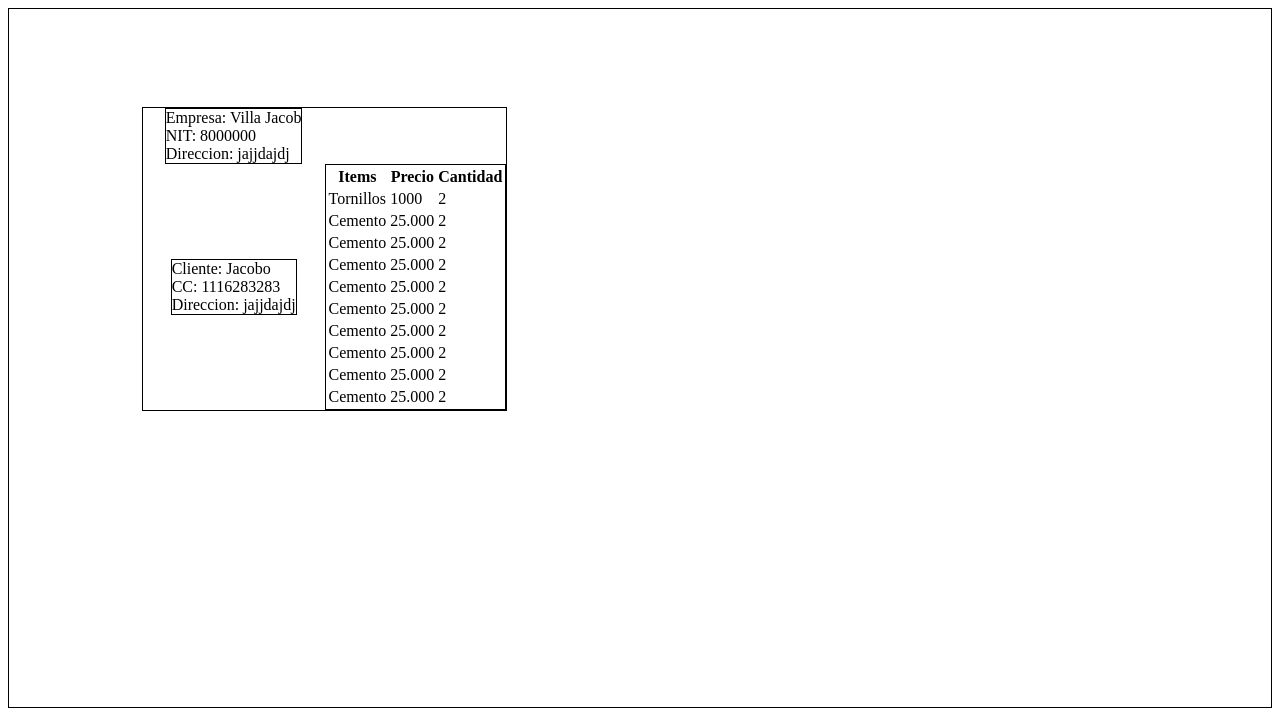
Repository: MrVanQish/FacturaEstructura
Page: index.html
An editor plug-in stored every save of this project. The page is shown before and after the next save, followed by the edit.
The browser window is 1280 px wide. The pictures show the whole page.

Above is the page before, as saved 2021-09-29 10:13:05.

### index.html
<!DOCTYPE html>
<html lang="en">
<head>
    <meta charset="UTF-8">
    <meta http-equiv="X-UA-Compatible" content="IE=edge">
    <meta name="viewport" content="width=device-width, initial-scale=1.0">
    <title>Document</title>
    <link rel="stylesheet" href="styles.css">
</head>
<body>

    <div class="wrapper">

        <div class="factura1">
                <div class="infoEmpresa-f">
                    Empresa: Villa Jacob
                    <br>
                    NIT: 8000000
                    <br>
                    Direccion: jajjdajdj
                </div>
                <div class="infoCliente-f">
                    Cliente: Jacobo
                    <br>
                    CC: 1116283283
                    <br>
                    Direccion: jajjdajdj
                </div>
                <div class="items-f">

                    <table>

                        <tr>

                            <th>Items</th>

                            <th>Precio</th>

                            <th>Cantidad</th>


                        </tr>

                          <tr>

                            <td>Tornillos</td>

                            <td>1000</td>

                            <td>2</td>

                          </tr>

                          <tr>

                            <td>Cemento</td>

                            <td>25.000</td>

                            <td>2</td>

                          </tr>


                          <tr>

                            <td>Cemento</td>

                            <td>25.000</td>

                            <td>2</td>

                          </tr>

                          <tr>

                            <td>Cemento</td>

                            <td>25.000</td>

                            <td>2</td>

                          </tr>

                          <tr>

                            <td>Cemento</td>

                            <td>25.000</td>

                            <td>2</td>

                          </tr>

                          <tr>

                            <td>Cemento</td>

                            <td>25.000</td>

                            <td>2</td>

                          </tr>

                          <tr>

                            <td>Cemento</td>

                            <td>25.000</td>

                            <td>2</td>

                          </tr>


                          <tr>

                            <td>Cemento</td>

                            <td>25.000</td>

                            <td>2</td>

                          </tr>


                          <tr>

                            <td>Cemento</td>

                            <td>25.000</td>

                            <td>2</td>

                          </tr>

                          <tr>

                            <td>Cemento</td>

                            <td>25.000</td>

                            <td>2</td>

                          </tr>






                      </table>



                </div>

                <!-- //t -->
            <div class="body-f">

            </div>
        </div>


    </div>

</body>
</html>

### styles.css
@page {
    size: A4 landscape;
}

.wrapper {
    height: 97vh;
    border: 1px solid #000;
    display: grid;
    grid-template-columns: 1fr 1fr;
    grid-template-rows: 500px;
    grid-template-areas:
      "f1 f2";
  }

  .factura1 {

    display: grid;
    grid-area: f1;
    align-self: center;
    justify-self: center;
    border: 1px solid #000;
    grid-template-columns: 1fr 1fr;
    grid-template-rows: 1fr auto;
    grid-template-areas:
      "infoEmpresa-f space"
      "infoCliente-f items-f" ;
  }


.infoEmpresa-f{

    grid-area: infoEmpresa-f;
    border: 1px solid #000;
    align-self: center;
    justify-self: center;

}

.infoCliente-f{
    grid-area: infoCliente-f;
    border: 1px solid #000;
    align-self: center;
    justify-self: center;
}

.items-f{
    grid-area: items-f;
    border: 1px solid #000;
    align-self: center;
    justify-self: center;
}

After the next save:
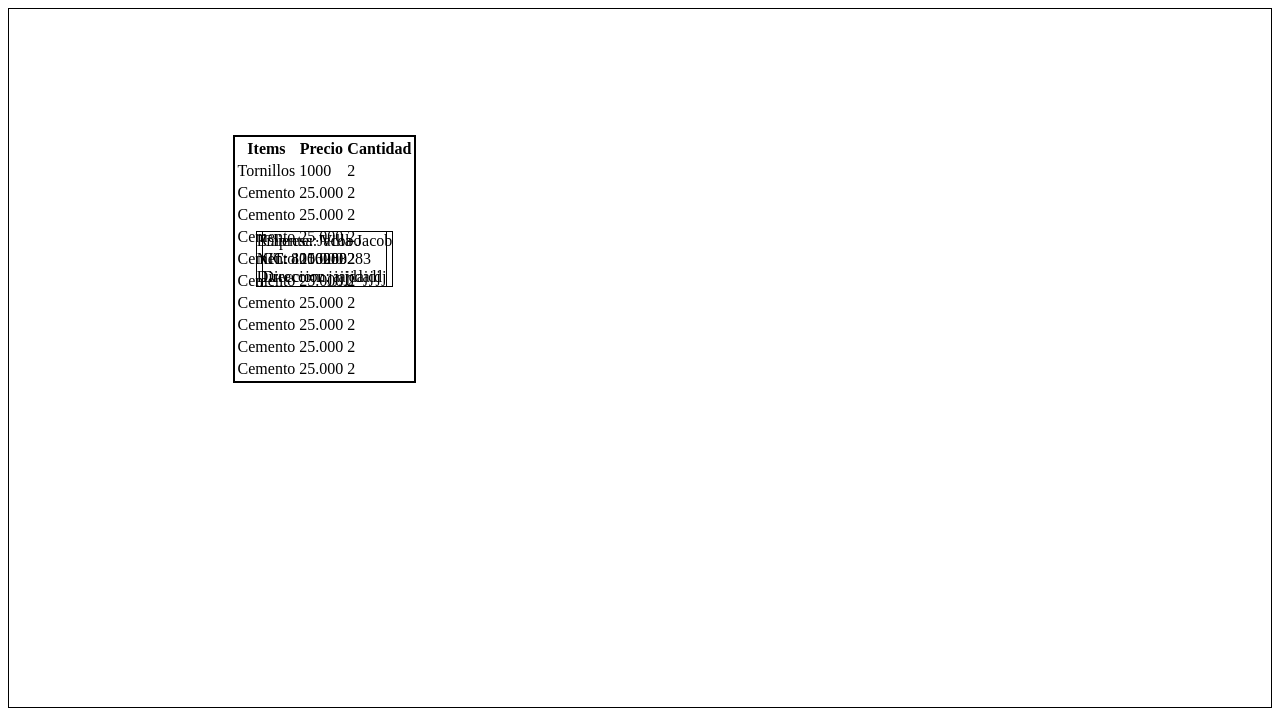
Saved 26 s later.
--- a/styles.css
+++ b/styles.css
@@ -23,7 +23,7 @@
     grid-template-rows: 1fr auto;
     grid-template-areas:
       "infoEmpresa-f space"
-      "infoCliente-f items-f" ;
+      "space items-f" ;
   }
 
 

After the 4 saves that followed:
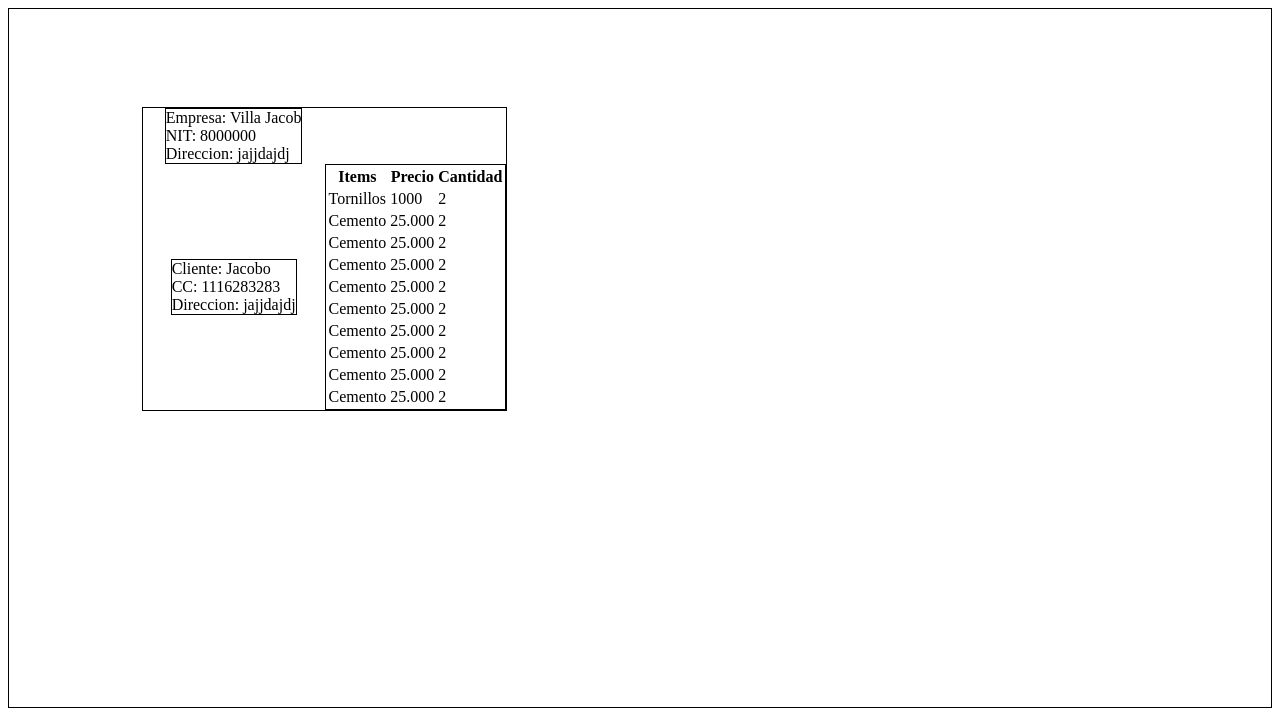
The 4 saves are shown as one change because 3 left the picture as it was.
The last was saved 20 s later.
--- a/styles.css
+++ b/styles.css
@@ -23,7 +23,7 @@
     grid-template-rows: 1fr auto;
     grid-template-areas:
       "infoEmpresa-f space"
-      "space items-f" ;
+      "infoCliente-f items-f" ;
   }
 
 
